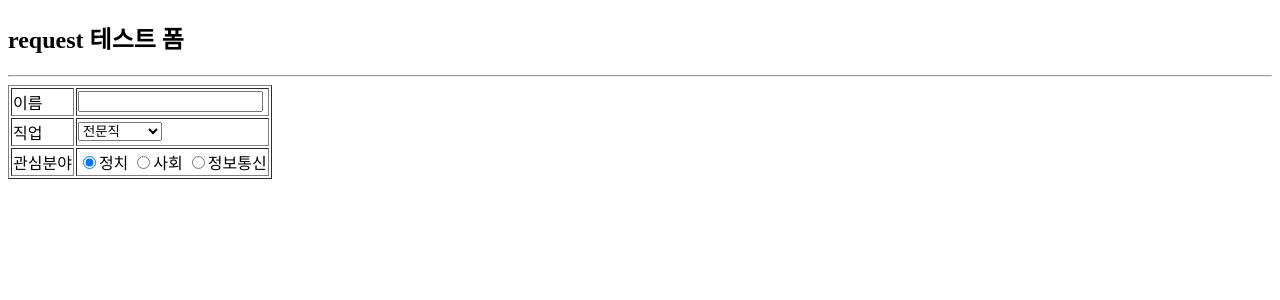
Repository: jemin7709/InternetProgramming2
Page: Pj/WebContent/request_test.html
The author's editor kept a copy of each file at every save. The page is drawn from the files as they stood at one save, then again after the next save.
The browser window is 1280 px wide. The pictures show the whole page.

Above is the page before, as saved 2021-05-13 12:04:55.

After the next save:
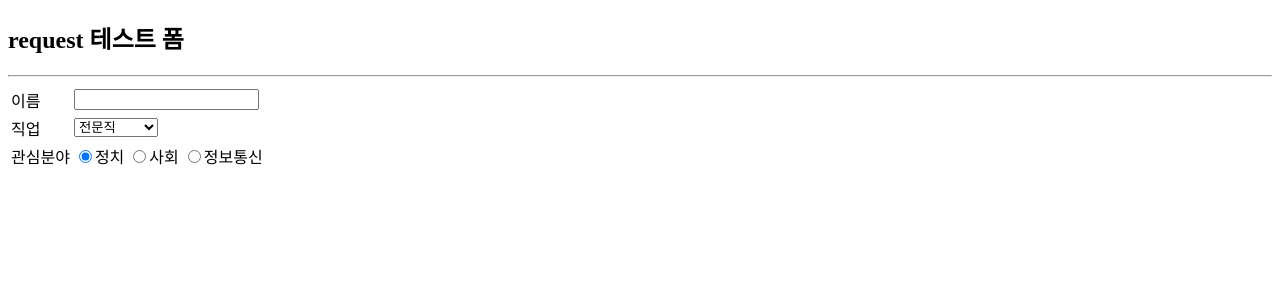
Saved 4 s later.
--- a/Pj/WebContent/request_test.html
+++ b/Pj/WebContent/request_test.html
@@ -7,7 +7,7 @@
 <body>
 <h2>request 테스트 폼</h2>
 <hr>
-<table border="1px solid">
+<table border="0.5px solid">
 	<tbody>
 		<tr>
 			<td>이름</td>
